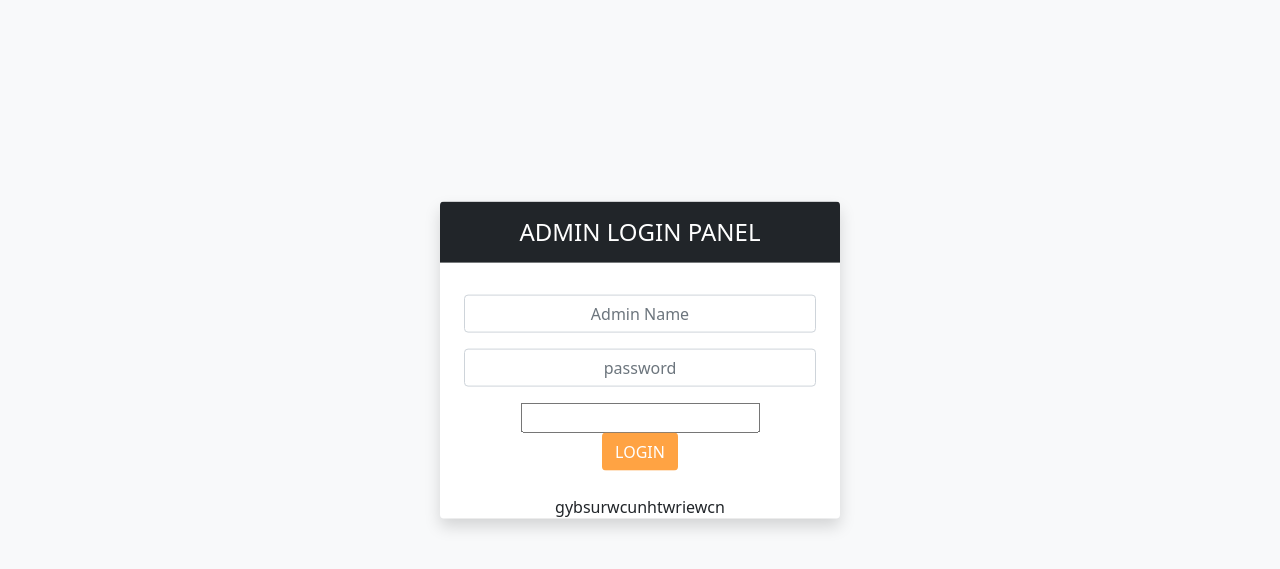
Repository: Priya-23Tiwari/HMS
Page: http://localhost/hmwebsite/admin/index.php
These files come from the project's save history. The page is drawn as it stood at one moment and after the next save; the edit follows.
The browser window is 1280 px wide. The pictures show the whole page.
Some web fonts or font styles are not loaded; a fallback is used. The page is run by PHP 8.4 with error messages shown; the project is at /var/www/html/.

Above is the page before, as saved 2025-03-14 20:35:43.

After the next save:
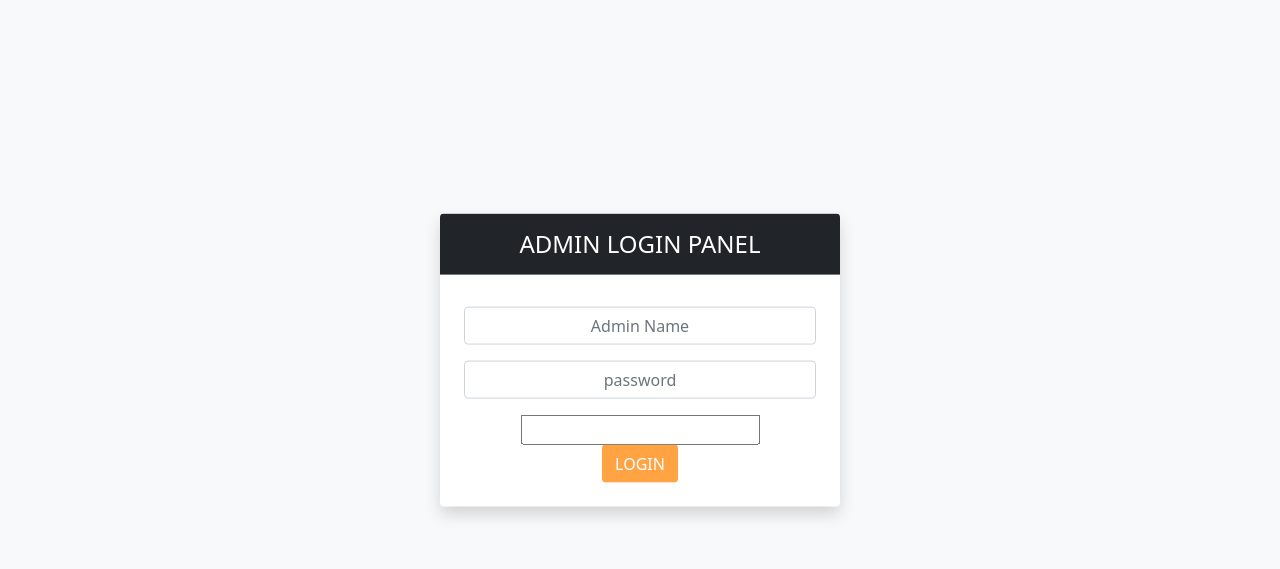
Saved 7 s later.
--- a/hmwebsite/admin/index.php
+++ b/hmwebsite/admin/index.php
@@ -46,7 +46,7 @@ require('inc/db_config.php');
                 </div>
                 <button name="login" type="submit" class="btn text-white custom-bg shadow-none">LOGIN</button>
             </div>
-        </form>  gybsurwcunhtwriewcn
+        </form>
     </div>
     <?php
 
